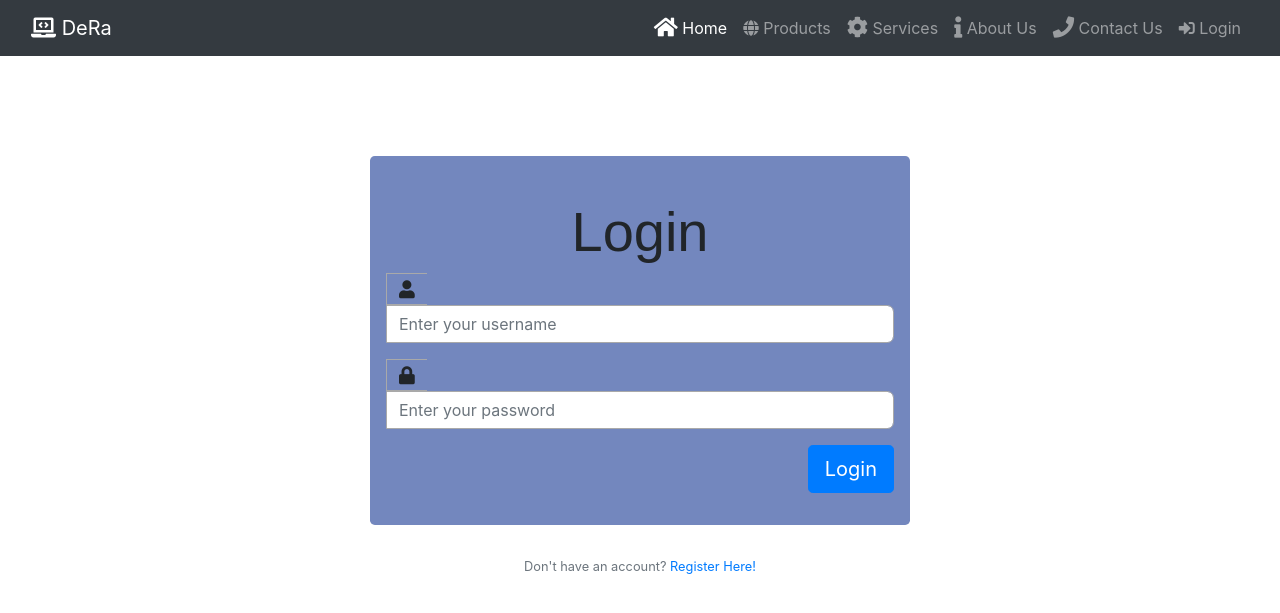
Repository: deividwsantoss/web6201-Lab1
Page: login.html
These files come from the project's save history. The page is drawn as it stood at one moment and after the next save; the edit follows.
The browser window is 1280 px wide. The pictures show the whole page.

Above is the page before, as saved 2021-03-03 16:17:19.

After the next save:
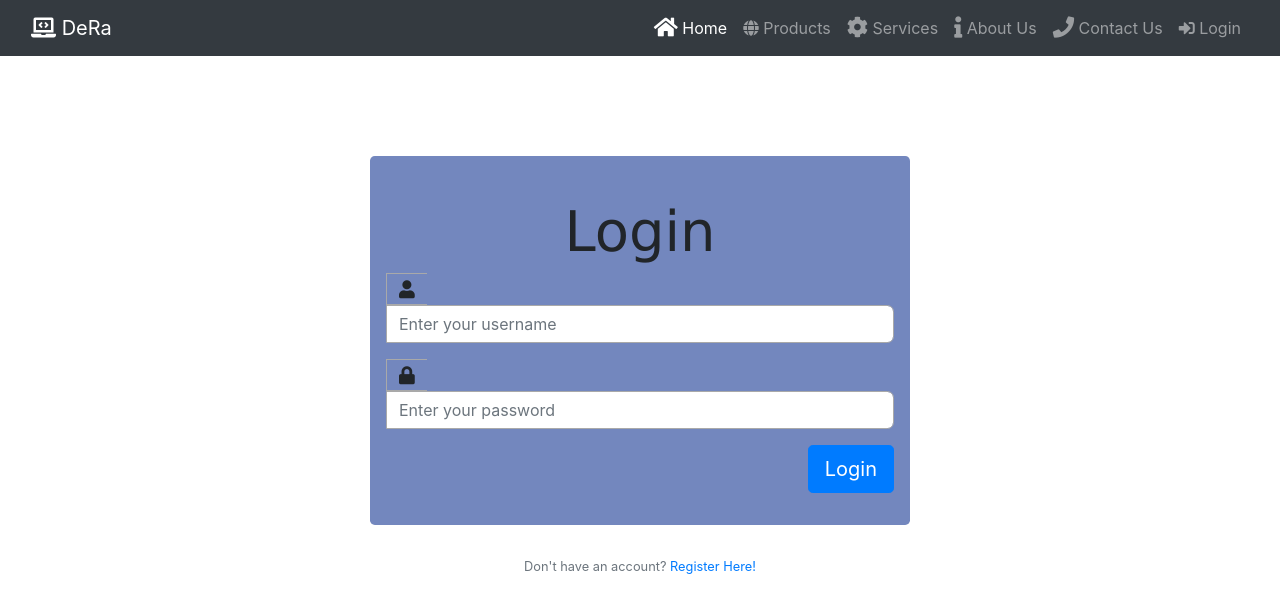
Saved 14 s later.
--- a/Content/app.css
+++ b/Content/app.css
@@ -194,5 +194,5 @@ h1{
 .login h1{
     position: static;
     text-align:center;
-    font-family: sans-serif;
+    font-family: 'Lucida Sans', 'Lucida Sans Regular', 'Lucida Grande', 'Lucida Sans Unicode', Geneva, Verdana, sans-serif;
 }

After the save that followed:
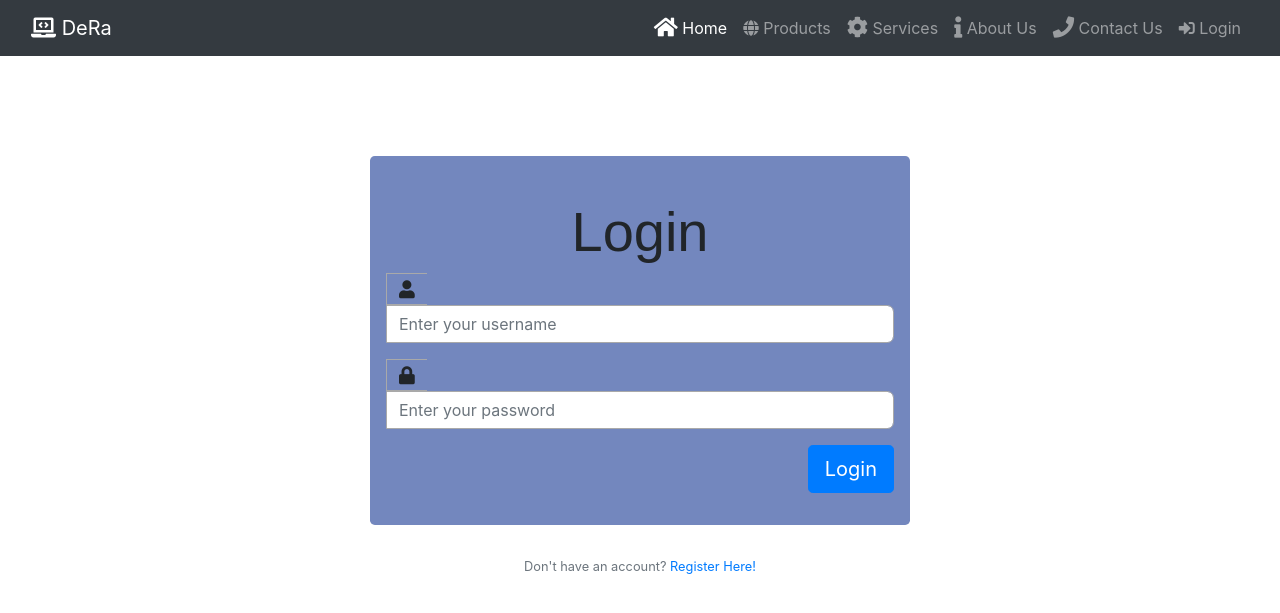
Saved 24 s later.
--- a/Content/app.css
+++ b/Content/app.css
@@ -194,5 +194,5 @@ h1{
 .login h1{
     position: static;
     text-align:center;
-    font-family: 'Lucida Sans', 'Lucida Sans Regular', 'Lucida Grande', 'Lucida Sans Unicode', Geneva, Verdana, sans-serif;
+    font-family: sans-serif;
 }
